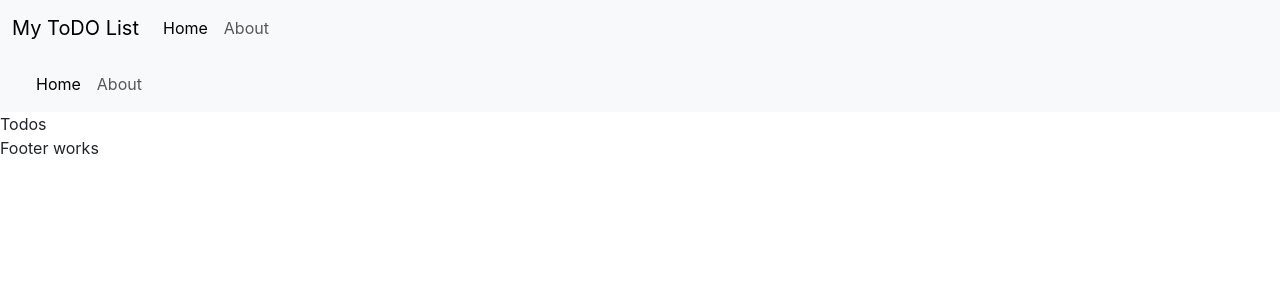
Repository: AshwinUgale/ToDoList
Page: /
An editor plug-in stored every save of this project. The page is shown before and after the next save, followed by the edit.
The browser window is 1280 px wide. The pictures show the whole page.
The project was rebuilt for these pictures with package versions that can differ from the ones it lists, and the page was loaded fresh each time. Also part of the build but not shown: src/App.css.

Above is the page before, as saved 2024-12-20 22:53:19.

### public/index.html
<!DOCTYPE html>
<html lang="en">
  <head>
    <meta charset="utf-8" />
    <link rel="icon" href="%PUBLIC_URL%/favicon.ico" />
    <meta name="viewport" content="width=device-width, initial-scale=1" />
    <meta name="theme-color" content="#000000" />
    <meta
      name="description"
      content="Web site created using create-react-app"
    />
    <link rel="apple-touch-icon" href="%PUBLIC_URL%/logo192.png" />

    <link rel="manifest" href="%PUBLIC_URL%/manifest.json" />
    <link href="https://cdn.jsdelivr.net/npm/bootstrap@5.3.3/dist/css/bootstrap.min.css" rel="stylesheet" integrity="sha384-QWTKZyjpPEjISv5WaRU9OFeRpok6YctnYmDr5pNlyT2bRjXh0JMhjY6hW+ALEwIH" crossorigin="anonymous">
    <title>Todos List</title>
  </head>
  <body>
    <noscript>You need to enable JavaScript to run this app.</noscript>
    <div id="root"></div>


  </body>
  <script src="https://cdn.jsdelivr.net/npm/bootstrap@5.3.3/dist/js/bootstrap.bundle.min.js" integrity="sha384-YvpcrYf0tY3lHB60NNkmXc5s9fDVZLESaAA55NDzOxhy9GkcIdslK1eN7N6jIeHz" crossorigin="anonymous"></script>
</html>

### src/App.js

import './App.css';
import Header from './MyComponents/Header';
import {Footer} from "./MyComponents/Footer";
import {Todos} from "./MyComponents/Todos";

function App() {
  return (
    <>
    <Header title="My ToDO List" SearchBar={false}/>
    <Header />
    <Todos/>
    <Footer/>
    </>
  );
}

export default App;

### src/MyComponents/Header.js
import React from 'react';
import PropTypes from 'prop-types';
export default function Header(props) {
    console.log("Props received in Header:", props);
  return (
    <nav className="navbar navbar-expand-lg bg-body-tertiary">
      <div className="container-fluid">
        <a className="navbar-brand" href="#">{props.title}</a>
        <button
          className="navbar-toggler"
          type="button"
          data-bs-toggle="collapse"
          data-bs-target="#navbarSupportedContent"
          aria-controls="navbarSupportedContent"
          aria-expanded="false"
          aria-label="Toggle navigation"
        >
          <span className="navbar-toggler-icon"></span>
        </button>
        <div className="collapse navbar-collapse" id="navbarSupportedContent">
          <ul className="navbar-nav me-auto mb-2 mb-lg-0">
            <li className="nav-item">
              <a className="nav-link active" aria-current="page" href="#">Home</a>
            </li>
            <li className="nav-item">
              <a className="nav-link" href="#">About</a>
            </li>

          </ul>
          {props.searchBar?<form className="d-flex" role="search">
            <input
              className="form-control me-2"
              type="search"
              placeholder="Search"
              aria-label="Search"
            />
            <button className="btn btn-outline-success" type="submit">
              Search
            </button>
          </form>:""}
        </div>
      </div>
    </nav>
  )
}

Header.defaultProps ={
    title: "Your Title Here",
    searchBar: true
}

Header.propTypes = {
    title: PropTypes.string,
    searchBar: PropTypes.bool,
  };

### src/MyComponents/Footer.js
import React from 'react'

export const Footer = () => {
  return (
    <div>
        Footer works
    </div>
  )
}

### src/MyComponents/Todos.js
import React from 'react'

export const Todos = () => {
  return (
    <div>
        Todos
    </div>
  )
}

Loaded but not shown: src/index.js (common file); src/index.css (common file); src/reportWebVitals.js (common file)

After the next save:
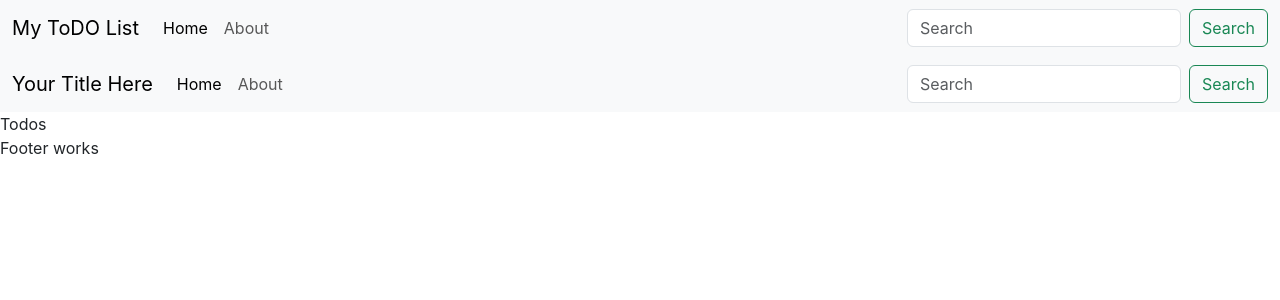
Saved 2 min 7 s later.
--- a/src/MyComponents/Header.js
+++ b/src/MyComponents/Header.js
@@ -1,11 +1,11 @@
 import React from 'react';
 import PropTypes from 'prop-types';
-export default function Header(props) {
-    console.log("Props received in Header:", props);
+export default function Header({ title = "Your Title Here", searchBar = true }) {
+    console.log("Props received in Header:", {title,searchBar});
   return (
     <nav className="navbar navbar-expand-lg bg-body-tertiary">
       <div className="container-fluid">
-        <a className="navbar-brand" href="#">{props.title}</a>
+        <a className="navbar-brand" href="#">{title}</a>
         <button
           className="navbar-toggler"
           type="button"
@@ -27,7 +27,7 @@ export default function Header(props) {
             </li>
 
           </ul>
-          {props.searchBar?<form className="d-flex" role="search">
+          {searchBar?<form className="d-flex" role="search">
             <input
               className="form-control me-2"
               type="search"
